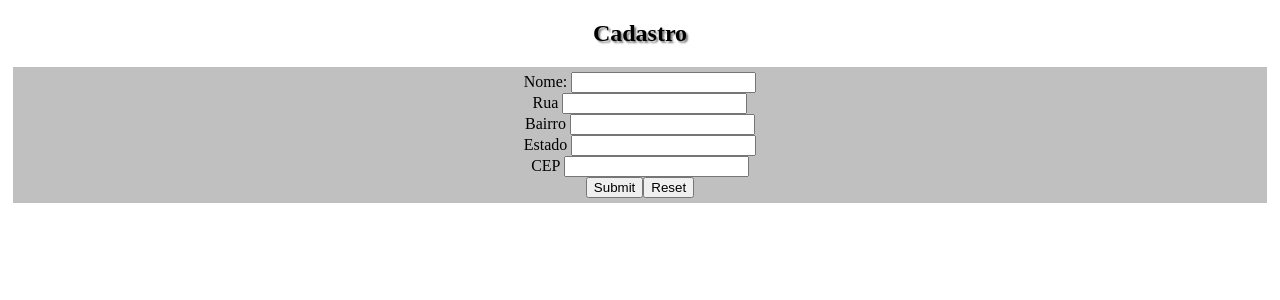
Repository: ViniciusyLima/SpringToolSuite4
Page: http://localhost/aula05/Cadastro.jsp
The author's editor kept a copy of each file at every save. The page is drawn from the files as they stood at one save, then again after the next save.
The browser window is 1280 px wide. The pictures show the whole page.
The page is served by Tomcat 9.

Above is the page before, as saved 2023-09-06 12:27:02.

After the next save:
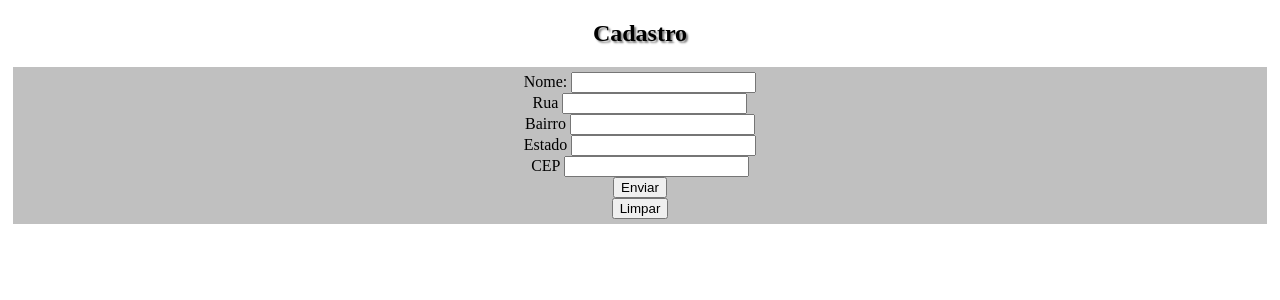
Saved 48 s later.
--- a/aula05/src/main/webapp/Cadastro.jsp
+++ b/aula05/src/main/webapp/Cadastro.jsp
@@ -26,7 +26,9 @@
 	<label>CEP</label>
 	<input type="text" name="cep" id="cep">
 	<br>
-	<input type="submit"><input type="reset">
+	<input type="submit" value="Enviar">
+	<br>
+	<input type="reset" value="Limpar">
 	</form>
 	</div>
 </body>
